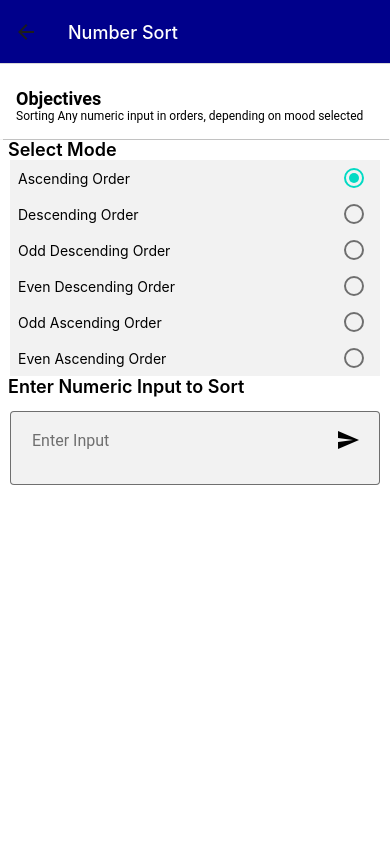
Repository: seyicoded/rn-crazy-algorithm-app
Screen: /Sort_simple_number
An editor plug-in stored every save of this project. The screen is shown before and after the next save, followed by the edit.
The app was drawn by React Native's web renderer in a window 390 px wide. The project was rebuilt for these pictures with package versions that can differ from the ones it lists, and the page was loaded fresh each time. Also part of the build but not shown: src/screens/sort.js, src/screens/filter.js, src/screens/advance.js, src/screens/sorts/Sort_alphabet.js.

Above is the screen before, as saved 2022-03-30 18:27:00.

After the next save:
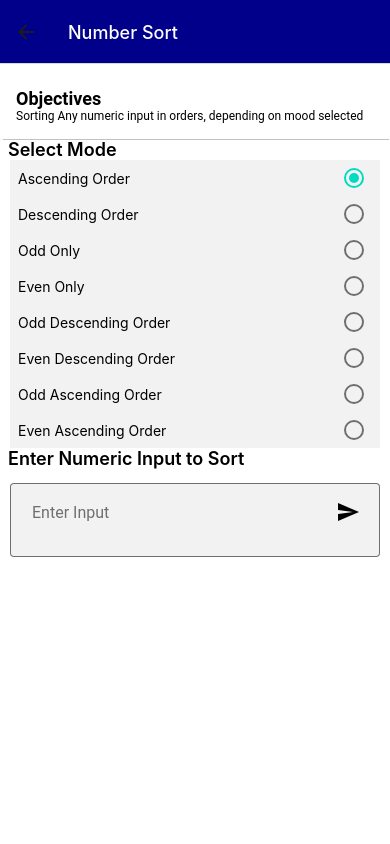
Saved 2 min 7 s later.
--- a/src/screens/sorts/Sort_simple_number.js
+++ b/src/screens/sorts/Sort_simple_number.js
@@ -68,6 +68,20 @@ export default function Sort_simple_number() {
                     <View style={styles.radio}>
                         <Text>Descending Order</Text>
                         <RadioButton value="descending" />
+                    </View>
+                </TouchableOpacity>
+
+                <TouchableOpacity onPress={()=>setValue('odd_only')}>
+                    <View style={styles.radio}>
+                        <Text>Odd Only</Text>
+                        <RadioButton value="odd_only" />
+                    </View>
+                </TouchableOpacity>
+
+                <TouchableOpacity onPress={()=>setValue('even_only')}>
+                    <View style={styles.radio}>
+                        <Text>Even Only</Text>
+                        <RadioButton value="even_only" />
                     </View>
                 </TouchableOpacity>
 
